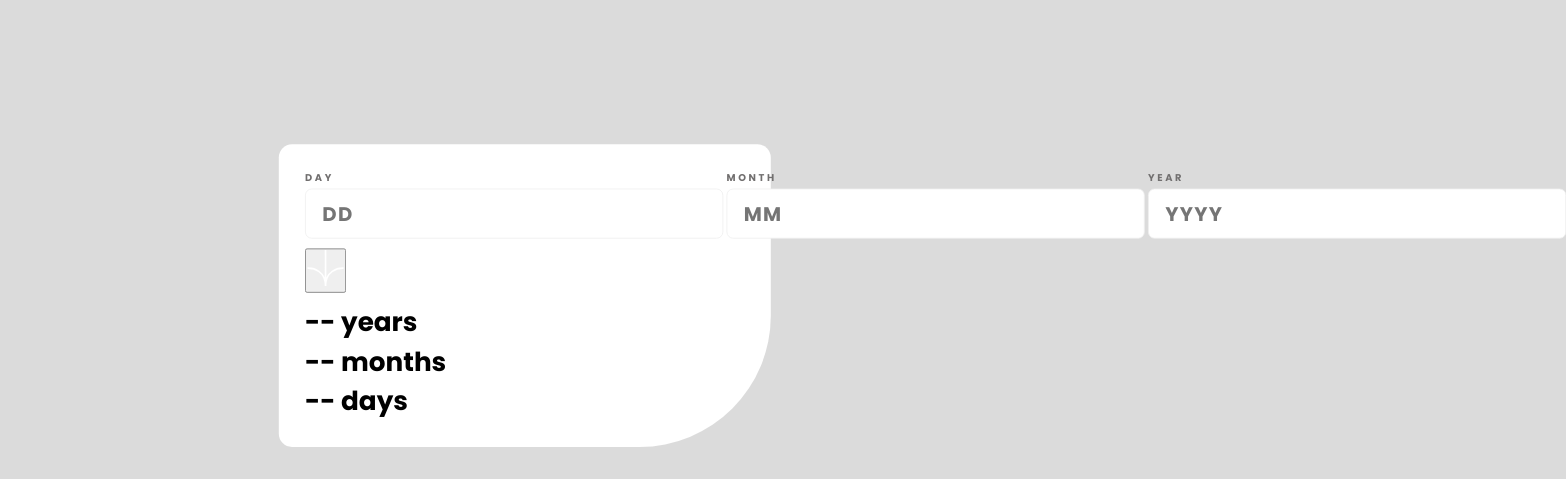
Repository: blordeus/age-calculator-app
Page: /
These files come from the project's save history. The page is drawn as it stood at one moment and after the next save; the edit follows.
The browser window is 1280 px wide. The page is 1910 px wide, so the pictures cover 1910 px, including what lies to the right of the window. The pictures show the whole page, at 82% of full size.
The project was rebuilt for these pictures with package versions that can differ from the ones it lists, and the page was loaded fresh each time.

Above is the page before, as saved 2023-08-23 15:45:37.

### src/App.js
 import { useState } from "react";
 import "./style.css";

 import arrowIcon from './images/icon-arrow.svg'

const App = () => {
  const [formData, setFormData] = useState({
    day: "",
    month: "",
    year: "",
  });

  const [formErrors, setFormErrors] = useState({
    day: "",
    month: "",
    year: "",
    generic: "",
  });

  const [output, setOutput] = useState({
    days: "",
    months: "",
    years: "",
  });

  const hasErrors = formErrors.day || formErrors.month || formErrors.year || formErrors.generic;

  return (
    <div className="card-container">
      <div className="inputs-container">
      <div className="input-label-container">
        <label htmlFor="day" style={{
          color: hasErrors ? "hsl(0,100%,67%)" : "hsl(0,1%,44%)",
        }}>Day</label>
        <input
        type="number"
        id="day"
        placeholder="DD"
        min={1}
        value={formData.day}
        style={{
          border: hasErrors
          ? '1px solid hsl(0,100%,67%)'
          : '1px solid hsl(0,0%,94%)'
        }}
        onChange={(e) =>
        setFormData((prevState) =>
        ({...prevState,
          day:e.target.value}))}
        />
        {formErrors.day && <p className="error">{formErrors.day}</p>}
      </div>

      <div className="input-label-container">
        <label htmlFor="month" style={{
          color: hasErrors ? "hsl(0,100%,67%)" : "hsl(0,1%,44%)",
        }}>Month</label>
        <input
        type="number"
        id="day"
        placeholder="MM"
        min={1}
        value={formData.month}
        style={{
          border: hasErrors
          ? '1px solid hsl(0,100%,67%)'
          : '1px solid hsl(0,0%,94%)'
        }}
        onChange={(e) =>
        setFormData((prevState) =>
        ({...prevState,
          month:e.target.value}))}
        />
        {formErrors.month && <p className="error">{formErrors.month}</p>}
      </div>

      <div className="input-label-container">
        <label htmlFor="year" style={{
          color: hasErrors ? "hsl(0,100%,67%)" : "hsl(0,1%,44%)",
        }}>Year</label>
        <input
        type="number"
        id="year"
        placeholder="YYYY"
        min={1}
        value={formData.year}
        style={{
          border: hasErrors
          ? '1px solid hsl(0,100%,67%)'
          : '1px solid hsl(0,0%,94%)'
        }}
        onChange={(e) =>
        setFormData((prevState) =>
        ({...prevState,
          year:e.target.value}))}
        />
        {formErrors.year && <p className="error">{formErrors.year}</p>}
      </div>
    </div>

    {formErrors.generic && (
      <p className="error generic">{formErrors.generic}</p>
    )}

<div className="divider-container">
  <div className="divider"></div>

  <button className="btn" onClick={() => null}>
    <img src={arrowIcon} alt="arrowIcon" />
  </button>
</div>

<div className="output-container">
  <h1>
    <span className="highlighted">
    {output.years === "" ? '--' : output.years}{" "}
    </span>
    {output.years === 1 ? 'year' : "years"}
    </h1>

    <h1>
    <span className="highlighted">
    {output.months === "" ? '--' : output.months}{" "}
    </span>
    {output.months === 1 ? 'month' : "months"}
    </h1>

    <h1>
    <span className="highlighted">
    {output.days === "" ? '--' : output.days}{" "}
    </span>
    {output.days === 1 ? 'day' : "days"}
    </h1>
</div>
    </div>
  );
};

export default App;

### src/style.css
@import url("https://fonts.googleapis.com/css2?family=Poppins:ital,wght@0,700;1,400;1,800&display=swap");

* {
  box-sizing: border-box;
  margin: 0;
  padding: 0;
  font-family: "Poppins", sans-serif;
}

:root {
  --Purple: hsl(259, 100%, 65%);
  --Light-red: hsl(0, 100%, 67%);
  --White: hsl(0, 0%, 100%);
  --Off-white: hsl(0, 0%, 94%);
  --Light-grey: hsl(0, 0%, 86%);
  --Smokey-grey: hsl(0, 1%, 44%);
  --Off-black: hsl(0, 0%, 8%);
}

body {
  background-color: var(--Light-grey);
  min-height: 100vh;
  display: flex;
  align-items: center;
  justify-content: center;
}

.card-container {
  width: 600px;
  border-radius: 1rem 1rem 10rem 1rem;
  background-color: var(--White);
  padding: 2rem;
  max-width: 90vw;
  margin-top: 1rem;
  margin-bottom: 1rem;
}

.inputs-container {
  display: flex;
  gap: 0.25rem;
}

.input-label-container {
  display: flex;
  flex-direction: column;
  gap: 0.25rem;
  flex: 1;
}

.input-label-container label {
  text-transform: uppercase;
  font-size: 0.75rem;
  letter-spacing: 0.2rem;
}

.input-label-container input {
  width: 130opx;
  padding: 0.75rem 1rem 0.75rem 1.25rem;
  font-size: 1.5rem;
  color: var(--Off-black);
  border-radius: 0.5rem;
  outline: none;
  letter-spacing: 0.1rem;
}

.error {
  color: var(--Light-red);
  font-weight: 400;
  font-style: italic;
  margin-top: 0.25rem;
  letter-spacing: 0.1rem;
  font-size: 0.75rem;
}

.error.generic {
  margin-top: 0.5rem;
}

.divider-container {
  display: flex;
  align-items: center;
  margin-top: 0.75rem;
  margin-bottom: 0.75rem;
}

.divider {
  height: 2px;
  background-color: var(--Off-white)
}

Loaded but not shown: src/index.js (common file)

After the next save:
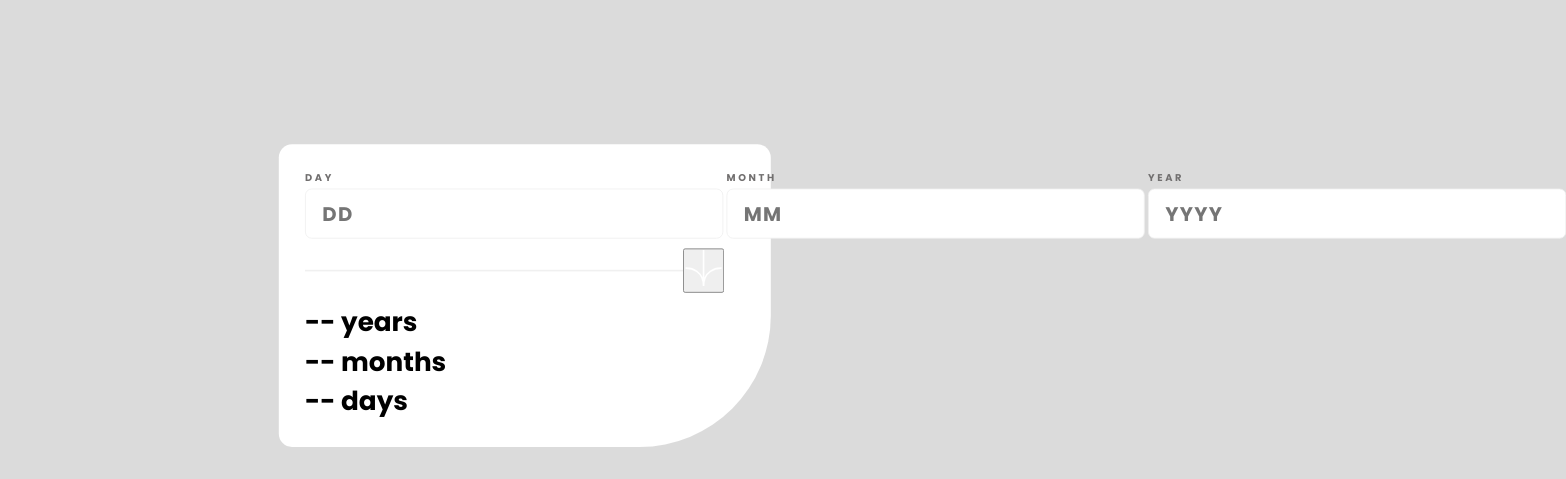
Saved 7 s later.
--- a/src/style.css
+++ b/src/style.css
@@ -85,5 +85,6 @@ body {
 
 .divider {
   height: 2px;
-  background-color: var(--Off-white)
+  background-color: var(--Off-white);
+  width: 86%
 }
